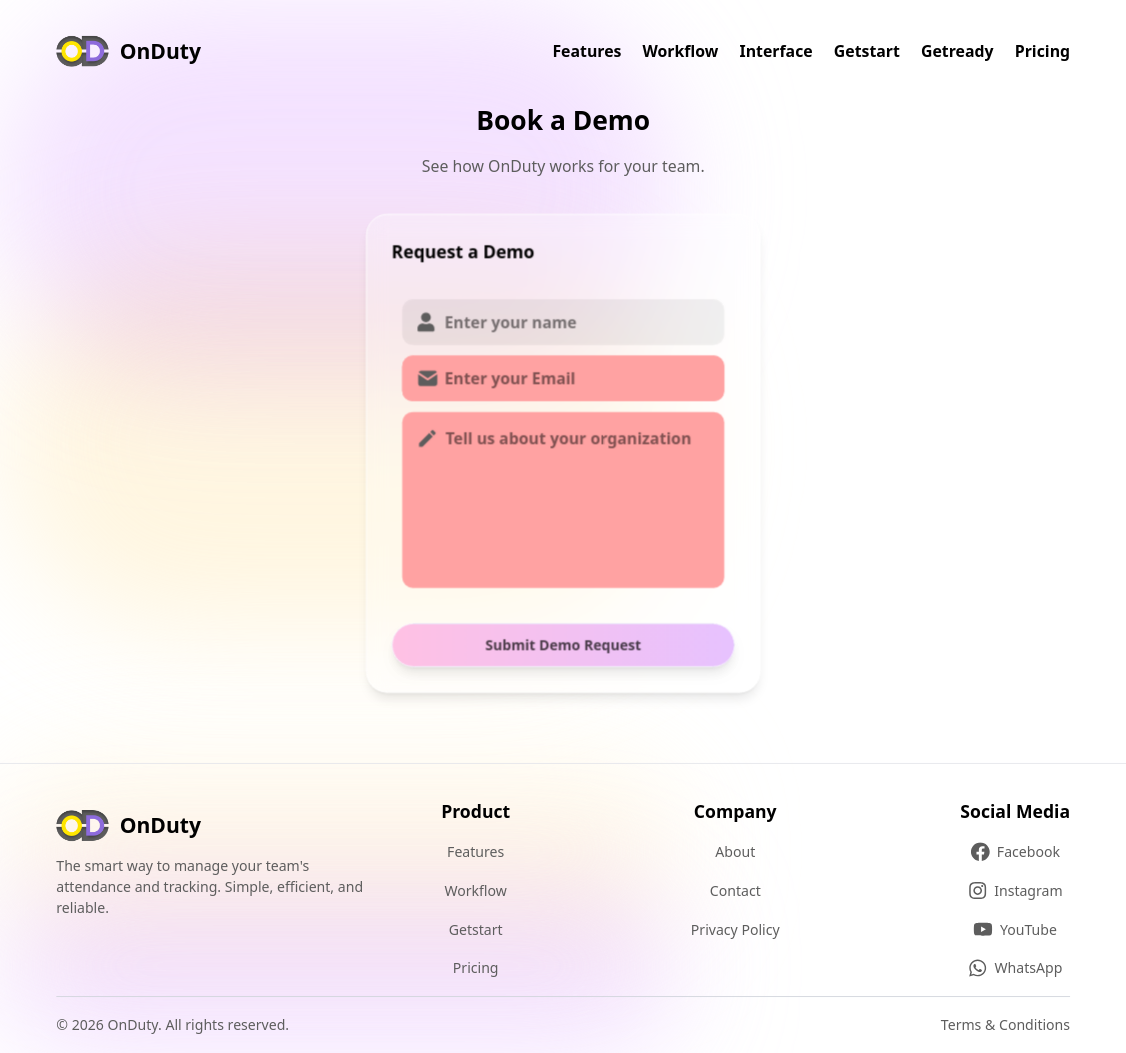
Repository: shekharzorin/ONDUTY-V1
Page: /bookdemo
The author's editor kept a copy of each file at every save. The page is drawn from the files as they stood at one save, then again after the next save.
The browser window is 1280 px wide. The pictures show the whole page, at 88% of full size.
The project was rebuilt for these pictures with package versions that can differ from the ones it lists, and the page was loaded fresh each time. The framework's server and built-in components were replaced by stand-ins that run in the browser. Also part of the build but not shown: next.config.mjs, vite.config.js, app/components/ui/Crossicon.tsx.

Above is the page before, as saved 2026-01-17 18:15:17.

### app/layout.tsx
import type { Metadata } from "next";
import { Geist, Geist_Mono } from "next/font/google";
import "./globals.css";
import Navbar from "./components/header/Navbar";

const geistSans = Geist({
  variable: "--font-geist-sans",
  subsets: ["latin"],
});

const geistMono = Geist_Mono({
  variable: "--font-geist-mono",
  subsets: ["latin"],
});

export const metadata: Metadata = {
  title: "Create Next App",
  description: "Generated by create next app",
};

export default function RootLayout({
  children,
}: Readonly<{
  children: React.ReactNode;
}>) {
  return (
    <html lang="en">
      <body
        className={`${geistSans.variable} ${geistMono.variable} antialiased`}
      >
        <Navbar />
        {children}
      </body>
    </html>
  );
}

### app/bookdemo/page.tsx
import Footer from "../components/footer/footer";
import Bookdemo from "../components/sections/bookdemo";

const page = () => {
  return (
    <div className="flex flex-col">
      <Bookdemo />
      <Footer />
    </div>
  );
};

export default page;

### app/globals.css
@import "tailwindcss";

:root {
  --color-primary: #8d6bdc;
  --color-secondary: #e0d4ff;
  --color-bg: #efefef;
  --color-sidebar: #ffffff;
  --color-gray: #5d5d5d;
}

html {
  scroll-behavior: smooth;
}




.flip-card {
  perspective: 1000px;
}

.flip-card-inner {
  transform-style: preserve-3d;
}

.flip-card-front,
.flip-card-back {
  position: absolute;
  width:auto;
  height:auto;
  backface-visibility: hidden;
}

.flip-card-back {
  transform: rotateY(180deg);
}

### app/components/header/Navbar.tsx
"use client";

import Logo from "@/public/images/od_logo.png";
import Image from "next/image";
import Link from "next/link";
import { usePathname } from "next/navigation";
import { useEffect, useState } from "react";
import { MdMenu } from "react-icons/md";
import { motion, AnimatePresence } from "framer-motion";
import { useRouter } from "next/navigation";
import Crossicon from "../ui/Crossicon";

export const navLinks = [
  { name: "Features", id: "features" },
  { name: "Workflow", id: "workflow" },
  { name: "Interface", id: "interface" },
  { name: "Getstart", id: "getstart" },
  { name: "Getready", id: "getready" },
  { name: "Pricing", path: "/pricing/" },
];

const Navbar = () => {
  const pathname = usePathname();
  const [isScrolled, setIsScrolled] = useState(false);
  const [isNavOpen, setIsNavOpen] = useState(false);
  const router = useRouter();
  const [activeSection, setActiveSection] = useState<string | null>(null);

  const handleScrollNav = (id: string) => {
    setActiveSection(id);
    router.push(`/#${id}`);
  };

  useEffect(() => {
    if (pathname !== "/") {
      setActiveSection(null);
    }
  }, [pathname]);

  useEffect(() => {
    if (pathname !== "/") return;
    const hash = window.location.hash.replace("#", "");
    if (hash) {
      setActiveSection(hash);
    } else {
      setActiveSection("features");
    }
  }, [pathname]);

  useEffect(() => {
    const handleScroll = () => setIsScrolled(window.scrollY > 20);
    window.addEventListener("scroll", handleScroll);
    return () => window.removeEventListener("scroll", handleScroll);
  }, []);

  useEffect(() => {
    if (isNavOpen) {
      document.body.style.overflow = "hidden";
    } else {
      document.body.style.overflow = "";
    }
    return () => {
      document.body.style.overflow = "";
    };
  }, [isNavOpen]);

  useEffect(() => {
    if (pathname !== "/") return;

    const sections = [
      "features",
      "workflow",
      "interface",
      "getready",
      "getstart",
    ];
    let locked = true;

    const unlock = () => (locked = false);
    window.addEventListener("scroll", unlock, { once: true });

    const observer = new IntersectionObserver(
      (entries) => {
        if (locked) return;

        entries.forEach((entry) => {
          if (entry.isIntersecting) {
            const id = entry.target.id;

            // 1️⃣ Update active state
            setActiveSection(id);

            // 2️⃣ Update URL hash WITHOUT navigation
            router.replace(`/#${id}`, { scroll: false });
          }
        });
      },
      {
        rootMargin: "-45% 0px -45% 0px",
        threshold: 0,
      }
    );

    sections.forEach((id) => {
      const el = document.getElementById(id);
      if (el) observer.observe(el);
    });

    return () => observer.disconnect();
  }, [pathname, router]);

  return (
    <header
      className={`fixed top-0 left-0 right-0 z-50 border-b transition-all ${
        isScrolled
          ? "bg-transparent backdrop-blur-md border-white shadow-lg py-0"
          : "bg-transparent border-transparent py-5"
      }`}
    >
      <div className="mx-auto w-full px-4 sm:px-6 md:px-8 lg:px-12 xl:px-16 2xl:px-24 max-w-384 py-2 flex items-center justify-between">
        <div className="flex gap-2 lg:gap-3 items-center">
          <Image
            src={Logo}
            alt="Onduty Logo"
            height={60}
            width={60}
            className="flex h-10 w-10 md:h-12 md:w-12 lg:h-15 lg:w-15"
          />
          <h1 className="text-2xl lg:text-2xl font-bold">OnDuty</h1>
        </div>

        {/* Desktop Navbar */}
        <nav className="hidden lg:flex gap-6">
          {navLinks.map((item) => {
            // SCROLL ITEM
            if (item.id) {
              return (
                <button
                  key={item.id}
                  onClick={() => handleScrollNav(item.id)}
                  className={`relative lg:font-semibold xl:font-bold text-lg transition-colors duration-300
                    after:absolute after:left-0 after:-bottom-1 after:h-1
                    after:rounded-full after:bg-(--color-primary)
                    after:transition-all after:duration-300
                    ${
                      activeSection === item.id && pathname === "/"
                        ? "text-(--color-primary)"
                        : "after:w-0 hover:after:w-full"
                    }
                  `}
                >
                  {item.name}
                </button>
              );
            }

            // ROUTE ITEM
            const isActive = pathname === item.path;

            return (
              <Link
                key={item.path}
                href={item.path!}
                className={`relative lg:font-semibold xl:font-bold text-lg transition-colors duration-300
                  after:absolute after:left-0 after:-bottom-1 after:h-1
                  after:rounded-full after:bg-(--color-primary)
                  after:transition-all after:duration-300
                  ${
                    isActive
                      ? "text-(--color-primary)"
                      : "after:w-0 hover:after:w-full"
                  }
                `}
              >
                {item.name}
              </Link>
            );
          })}
        </nav>

        <div className="lg:hidden gap-3">
          <div
            onClick={() => setIsNavOpen(true)}
            className="flex p-1 lg:hidden bg-(--color-secondary) rounded-full border-white border justify-center items-center"
          >
            <MdMenu size={28} className="opacity-10 animate-pulse" />
          </div>

          <AnimatePresence>
            {isNavOpen && (
              <motion.div
                className="fixed inset-0 backdrop-blur-sm bg-black/30 flex justify-end h-screen"
                initial={{ opacity: 0 }}
                animate={{ opacity: 1 }}
                exit={{ opacity: 1 }}
                transition={{ duration: 0.6 }}
              >
                {/* Drawer */}
                <motion.div
                  className="relative w-[70%] md:w-[60%] bg-(--color-sidebar) h-full flex items-center"
                  initial={{ x: "100%" }}
                  animate={{ x: 0 }}
                  exit={{ x: "100%" }}
                  onClick={(e: any) => e.stopPropagation()}
                  transition={{
                    duration: 0.35,
                    ease: "easeInOut",
                  }}
                >
                  {/* Close button */}
                  <div className="flex absolute top-7.25 right-4 md:right-8 lg:hidden z-20 ">
                    <Crossicon onClick={() => setIsNavOpen(false)} />
                  </div>

                  {/* Mobile Navbar */}
                  <nav className="flex flex-col gap-10 p-10 mt-10 w-full">
                    {navLinks.map((item) => {
                      if (item.id) {
                        return (
                          <button
                            key={item.id}
                            onClick={() => {
                              handleScrollNav(item.id);
                              setIsNavOpen(false);
                            }}
                            className={`py-2 w-full relative text-lg font-semibold md:font-bold text-left transition-colors
                              ${
                                activeSection === item.id && pathname === "/"
                                  ? "text-(--color-primary)"
                                  : "text-black/80 hover:text-(--color-primary)"
                              }
                            `}
                          >
                            {item.name}
                          </button>
                        );
                      }

                      const isActive = pathname === item.path;

                      return (
                        <Link
                          key={item.path}
                          href={item.path!}
                          onClick={() => setIsNavOpen(false)}
                          className={`relative text-lg font-semibold md:font-bold py-2
                            ${isActive ? "text-(--color-primary)" : ""}
                          `}
                        >
                          {item.name}
                        </Link>
                      );
                    })}
                  </nav>
                </motion.div>
              </motion.div>
            )}
          </AnimatePresence>
        </div>
      </div>
    </header>
  );
};

export default Navbar;

### app/components/footer/footer.tsx
import Image from "next/image";
import Logo from "@/public/images/od_logo.png";
import Link from "next/link";
import { FaFacebook, FaInstagram, FaWhatsapp, FaYoutube } from "react-icons/fa";
import { ReactNode } from "react";

type FooterLink = {
  label: string;
  href: string;
  external?: boolean;
  icon?: ReactNode;
};

type FooterSection = {
  title: string;
  links: FooterLink[];
};

const footerLinks: FooterSection[] = [
  {
    title: "Product",
    links: [
      { label: "Features", href: "/#features" },
      { label: "Workflow", href: "/#workflow" },
      { label: "Getstart", href: "/#getstart" },
      { label: "Pricing", href: "/pricing/" },
    ],
  },
  {
    title: "Company",
    links: [
      { label: "About", href: "/about" },
      { label: "Contact", href: "/contact" },
      { label: "Privacy Policy", href: "/privacy&policy" },
    ],
  },
  {
    title: "Social Media",
    links: [
      {
        label: "Facebook",
        href: "https://www.facebook.com",
        external: true,
        icon: <FaFacebook size={22} />,
      },
      {
        label: "Instagram",
        href: "https://www.instagram.com",
        external: true,
        icon: <FaInstagram size={22} />,
      },
      {
        label: "YouTube",
        href: "https://www.youtube.com",
        external: true,
        icon: <FaYoutube size={22} />,
      },
      {
        label: "WhatsApp",
        href: "https://www.whatsapp.com",
        external: true,
        icon: <FaWhatsapp size={22} />,
      },
    ],
  },
];

const Footer = () => {
  return (
    <section
      id="footer"
      className="relative px-4 sm:px-6 md:px-8 lg:px-12 xl:px-16 2xl:px-24 max-w-384 w-full border-t border-gray-200"
    >
      {/* Background flare */}
      <div className="absolute top-0 left-1/2 -translate-x-1/2 w-full h-full max-w-7xl pointer-events-none -z-10">
        <div className="absolute bottom-0 w-[60%] h-[60%] bg-[#eccfff] rounded-full blur-3xl opacity-60 mix-blend-multiply filter" />
        <div className="absolute top-0 w-[60%] h-[60%] bg-[#fff4da] rounded-full blur-3xl opacity-60 mix-blend-multiply filter" />
      </div>

      <div className="flex flex-col pt-3 lg:pt-10 lg:flex-row lg:justify-between gap-5 lg:gap-20">
        <div className="flex flex-col gap-1 w-full lg:w-[50%]">
          <div className="flex gap-2 lg:gap-3 items-center">
            <Image
              src={Logo}
              alt="Onduty Logo"
              height={60}
              width={60}
              className="flex h-10 w-10 md:h-12 md:w-12 lg:h-15 lg:w-15"
            />
            <h1 className="text-2xl lg:text-2xl font-bold">OnDuty</h1>
          </div>
          <p className="text-(--color-gray)">
            The smart way to manage your team's attendance and tracking. Simple,
            efficient, and reliable.
          </p>
        </div>

        <div className="flex flex-wrap text-(--color-gray) justify-between w-full gap-5 lg:px-0 text-center">
          {footerLinks.map((section) => (
            <div key={section.title} className="flex flex-col gap-5">
              <p className="text-black text-lg lg:text-xl font-semibold">
                {section.title}
              </p>

              {section.links.map((link) => (
                <Link
                  key={link.label}
                  href={link.href}
                  target={link.external === true ? "_blank" : undefined}
                  rel={
                    link.external === true ? "noopener noreferrer" : undefined
                  }
                  className="hover:text-(--color-primary) transition"
                >
                  <p className="flex items-center gap-2 justify-center">
                    {link.icon}
                    {link.label}
                  </p>
                </Link>
              ))}
            </div>
          ))}
        </div>
      </div>

      <hr className="text-gray-300 mt-5" />
      <div className="text-(--color-gray) flex flex-col md:flex-row md:justify-between gap-5 my-5">
        <p>© 2026 OnDuty. All rights reserved.</p>
        <Link href="#">
          <p>Terms & Conditions</p>
        </Link>
      </div>
    </section>
  );
};

export default Footer;

### app/components/sections/bookdemo.tsx
"use client";

import { FaUser } from "react-icons/fa";
import { TbMailFilled } from "react-icons/tb";
import Inputbox from "../ui/Inputbox";
import { useState } from "react";
import { MdEdit } from "react-icons/md";
import Button from "../ui/Button";
import { motion } from "framer-motion";

const Bookdemo = () => {
  const [form, setForm] = useState({
    name: "",
    email: "",
    message: "",
  });

  const handleChange = (field: string, value: string) => {
    setForm((prev) => ({ ...prev, [field]: value }));
    console.log(form);
  };

  return (
    <section className="flex flex-col gap-10 pb-20 px-4 sm:px-6 md:px-8 lg:px-12 xl:px-16 2xl:px-24 max-w-384 mx-auto items-center justify-center w-full">
      {/* Background flare */}
      <div className="absolute top-0 left-1/2 -translate-x-1/2 w-full h-full max-w-7xl pointer-events-none -z-10">
        <div className="absolute top-0 w-[60%] h-[60%] bg-[#eccfff] rounded-full blur-3xl opacity-60 mix-blend-multiply filter" />
        <div className="absolute bottom-0 w-[60%] h-[60%] bg-[#fff0cd] rounded-full blur-3xl opacity-60 mix-blend-multiply filter" />
      </div>

      <div className="flex flex-col items-center justify-center mt-30 text-center gap-5">
        <p className="text-2xl lg:text-3xl font-bold leading-[1.15] lg:text-balance justify-center items-center">
          Book a Demo
        </p>
        <p className="md:text-lg text-(--color-gray)">
          See how OnDuty works for your team.
        </p>
      </div>

      <motion.div
        initial={{ opacity: 0, scale: 0.5 }}
        animate={{ opacity: 1, scale: 1 }}
        transition={{ type: "spring", stiffness: 100, damping: 20 }}
        className="backdrop-blur-md border border-white bg-white/30 shadow-lg rounded-3xl p-7 flex flex-col gap-10 justify-center w-full max-w-md"
      >
        <p className="font-bold text-xl">Request a Demo</p>

        <form
          className="flex flex-col w-full h-full px-3 gap-3 items-center"
          onSubmit={(e) => e.preventDefault()}
        >
          <Inputbox
            icon={<FaUser size={22} />}
            value={form.name}
            onChange={(v) => handleChange("name", v)}
            placeholder="Enter your name"
            className="rounded-xl bg-black/3 font-semibold md:text-lg text-black"
          />
          <Inputbox
            icon={<TbMailFilled size={26} />}
            type="email"
            value={form.email}
            onChange={(v) => handleChange("email", v)}
            placeholder="Enter your Email"
            className="rounded-xl bg-red-300 font-semibold md:text-lg text-black"
          />

          <div className="flex w-full p-4 bg-red-300 rounded-xl gap-2 text-(--color-gray)">
            <MdEdit size={28} />
            <textarea
              placeholder="Tell us about your organization"
              rows={6}
              className="w-full font-semibold md:text-lg text-black outline-none resize-none"
              value={form.message}
              onChange={(v) => handleChange("message", v.target.value)}
            />
          </div>
        </form>

        <Button
          title="Submit Demo Request"
          onClick={() => {}}
          className="
            border border-white p-3 w-full rounded-full
            bg-linear-to-r from-[#ffc1e4] to-[#e7c2ff]
            hover:animate-pulse text-black/70"
        />
      </motion.div>
    </section>
  );
};

export default Bookdemo;

### app/components/ui/Inputbox.tsx
import React, { useState } from "react";
import {IoMdEye, IoMdEyeOff } from "react-icons/io";

interface InputBoxProps {
  icon?: React.ReactNode;
  placeholder?: string;
  type?: string;
  value: string;
  onChange: (value: string) => void;
  required?: boolean;
  disabled?: boolean;
  error?: string;
  className?: string;

  inputMode?: React.HTMLAttributes<HTMLInputElement>["inputMode"];
  autoCapitalize?: "none" | "sentences" | "words" | "characters";
  autoCorrect?: "on" | "off";
  maxLength?: number;
  pattern?: string;
}


const Inputbox = ({
  icon,
  placeholder = "",
  type = "text",
  value,
  onChange,
  disabled = false,
  className = "",
}: InputBoxProps) => {
  const [showPassword, setShowPassword] = useState(false);

  const isPassword = type === "password";
  const inputType = isPassword && showPassword ? "text" : type;

  return (
    <div className={ `flex flex-col gap-1 w-full bg-(--color-sidebar) ${className}`}>
      <div className="relative flex items-center">

        {icon && (
          <span className="absolute left-4 text-(--color-gray) justify-center items-center">
            {icon}
          </span>
        )}

        <input
          type={inputType}
          placeholder={placeholder}
          value={value}
          onChange={(e) => onChange(e.target.value)}
          disabled={disabled}
          className={`w-full px-5 py-3  pl-12 pr-12 outline-none transition-all font-medium text-(--color-gray) ${
            disabled ? "bg-gray-100" : ""
          } ${className}`}
        />

        {isPassword && (
          <button
            type="button"
            onClick={() => setShowPassword(!showPassword)}
            className="absolute right-4 top-1/2 -translate-y-1/2 text-(--color-gray)"
          >
            {showPassword ? <IoMdEye size={28} /> : <IoMdEyeOff size={28} />}
          </button>
        )}
      </div>
    </div>
  );
};

export default Inputbox;

### app/components/ui/Button.tsx
import { ReactNode } from "react";

interface ButtonProps {
  title: string;
  onClick: () => void;
  type?: "button" | "submit";
  disabled?: boolean;

  /* 🔹 Optional Icon */
  icon?: ReactNode;
  iconPosition?: "left" | "right";

  /* 🔹 External Styles */
  className?: string;
}

const Button = ({
  title,
  onClick,
  type = "button",
  disabled = false,
  icon,
  iconPosition = "left",
  className = "",
}: ButtonProps) => {
  return (
    <button
      type={type}
      onClick={!disabled ? onClick : undefined}
      disabled={disabled}
      className={`
        group
        font-bold shadow-lg
        transition-all transform
        flex items-center justify-center gap-2
        duration-300
        ${
          disabled
            ? "bg-(--color-gray) text-(--color-sidebar) cursor-not-allowed opacity-70 transition-all duration-300"
            : "bg-(--color-primary) text-(--color-sidebar) hover:bg-(--color-secondary) hover:scale-105 hover:text-black cursor-pointer transition-all duration-300"
        }

        ${className}
      `}
    >
      {/* ICON LEFT */}
      {icon && iconPosition === "left" && (
        <span className="button-icon flex items-center">{icon}</span>
      )}

      <span>{title}</span>

      {/* ICON RIGHT */}
      {icon && iconPosition === "right" && (
        <span className="button-icon flex items-center">{icon}</span>
      )}
    </button>
  );
};

export default Button;

After the next save:
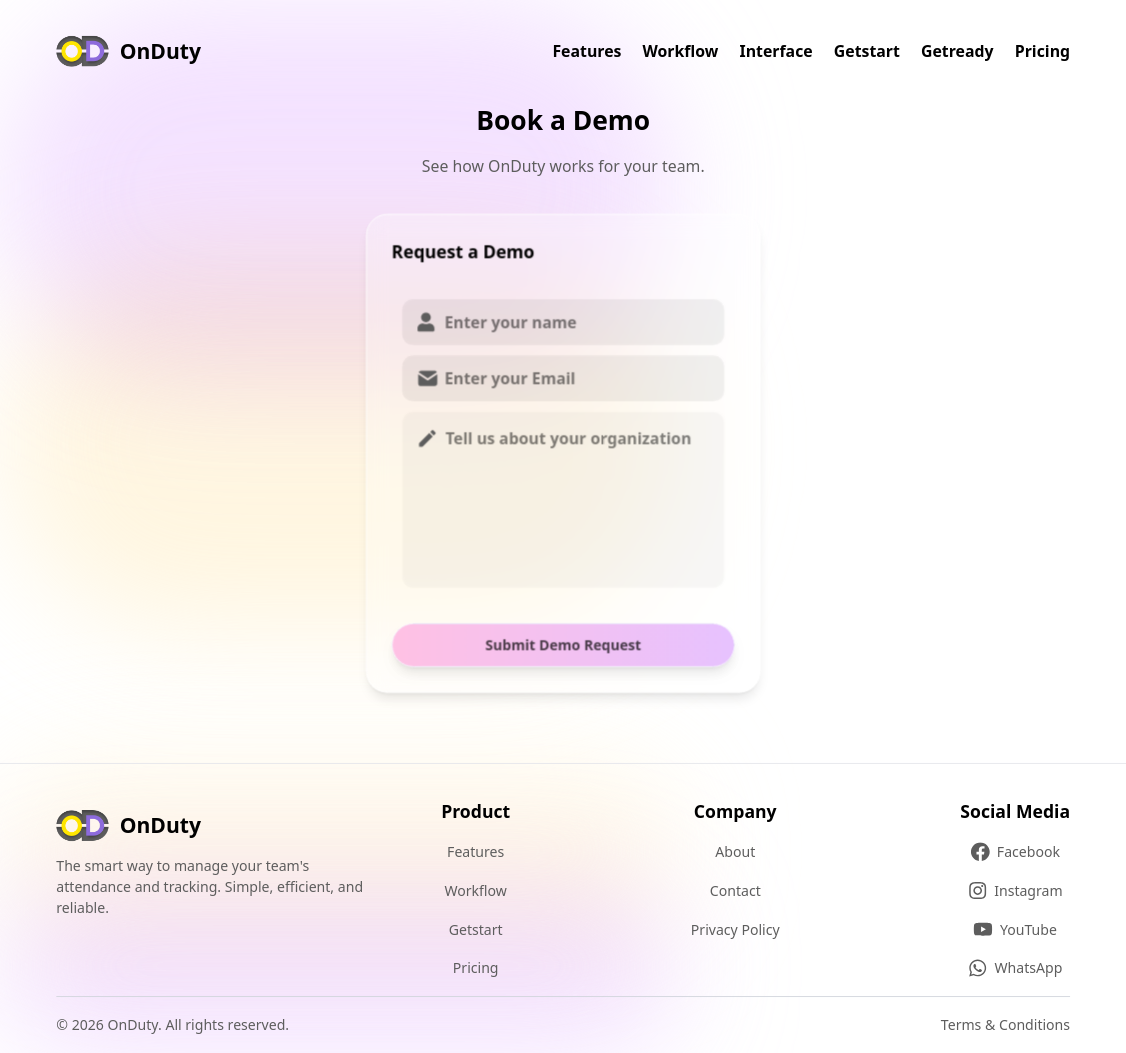
Saved 22 s later.
--- a/app/components/sections/bookdemo.tsx
+++ b/app/components/sections/bookdemo.tsx
@@ -62,10 +62,10 @@ const Bookdemo = () => {
             value={form.email}
             onChange={(v) => handleChange("email", v)}
             placeholder="Enter your Email"
-            className="rounded-xl bg-red-300 font-semibold md:text-lg text-black"
+            className="rounded-xl bg-black/3 font-semibold md:text-lg text-black"
           />
 
-          <div className="flex w-full p-4 bg-red-300 rounded-xl gap-2 text-(--color-gray)">
+          <div className="flex w-full p-4 bg-black/3 rounded-xl gap-2 text-(--color-gray)">
             <MdEdit size={28} />
             <textarea
               placeholder="Tell us about your organization"
